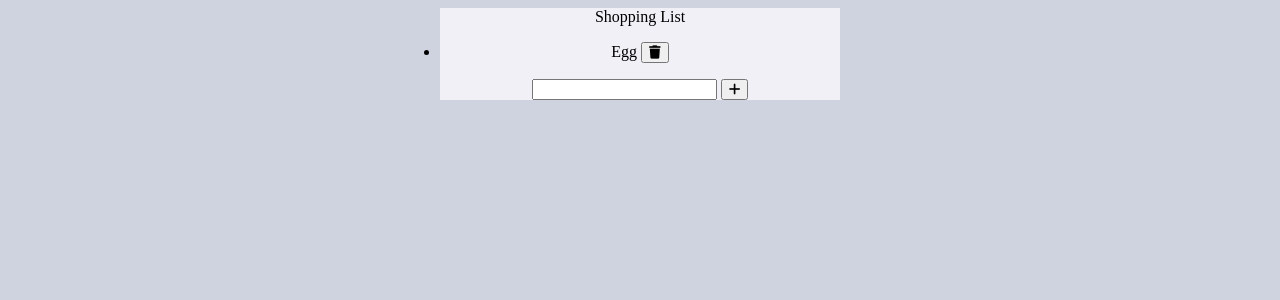
Repository: ggandory/browser101
Page: chapter5/index.html
These files come from the project's save history. The page is drawn as it stood at one moment and after the next save; the edit follows.
The browser window is 1280 px wide. The pictures show the whole page.
Some web libraries are served in a nearby version.

Above is the page before, as saved 2024-04-14 22:43:54.

### chapter5/index.html
<!DOCTYPE html>
<html lang="en">
  <head>
    <meta charset="UTF-8" />
    <meta name="viewport" content="width=device-width, initial-scale=1.0" />
    <title>Shopping List</title>
    <script src="main.js" defer></script>
    <script
      src="https://kit.fontawesome.com/9eb162ac0d.js"
      crossorigin="anonymous"
    ></script>
    <link rel="stylesheet" href="style.css" />
  </head>
  <body>
    <section class="list">
      <header class="header">Shopping List</header>
      <ul class="items">
        <li class="item_row">
          <div class="item">
            <span class="item_name">Egg</span>
            <button class="item_delte">
              <i class="fa-solid fa-trash"></i>
            </button>
          </div>
        </li>
      </ul>
      <footer class="footer">
        <input type="text" class="footer_input" />
        <button class="footer_button">
          <i class="fa-solid fa-plus"></i>
        </button>
      </footer>
    </section>
  </body>
</html>

### chapter5/style.css
* {
  box-sizing: border-box;
}

ul {
  padding: 0;
}

body {
  background-color: #ced3df;
  text-align: center;
}

.list {
  width: 400px;
  margin: auto;
  background-color: #f1f0f7;
}

Loaded but not shown: chapter5/main.js (no stored copy; drawn as an empty file)

After the next save:
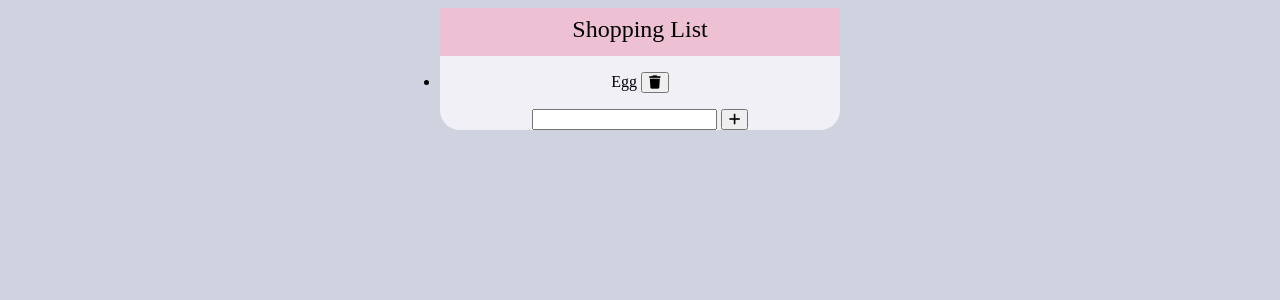
Saved 4 min 2 s later.
--- a/chapter5/style.css
+++ b/chapter5/style.css
@@ -15,4 +15,18 @@ body {
   width: 400px;
   margin: auto;
   background-color: #f1f0f7;
+  border-radius: 20px;
 }
+
+.header{
+  height: 48px;
+  padding: 8px;
+  font-size: 24px;
+  background: rgba(237, 193, 211);
+  background: linear-gradient(
+    166deg,
+    rgba(237, 193, 211, 1) 0%,
+    rgba(219, 192, 216, 1) 35%,
+    rgba(127, 188, 242, 1) 100%
+  );
+}
